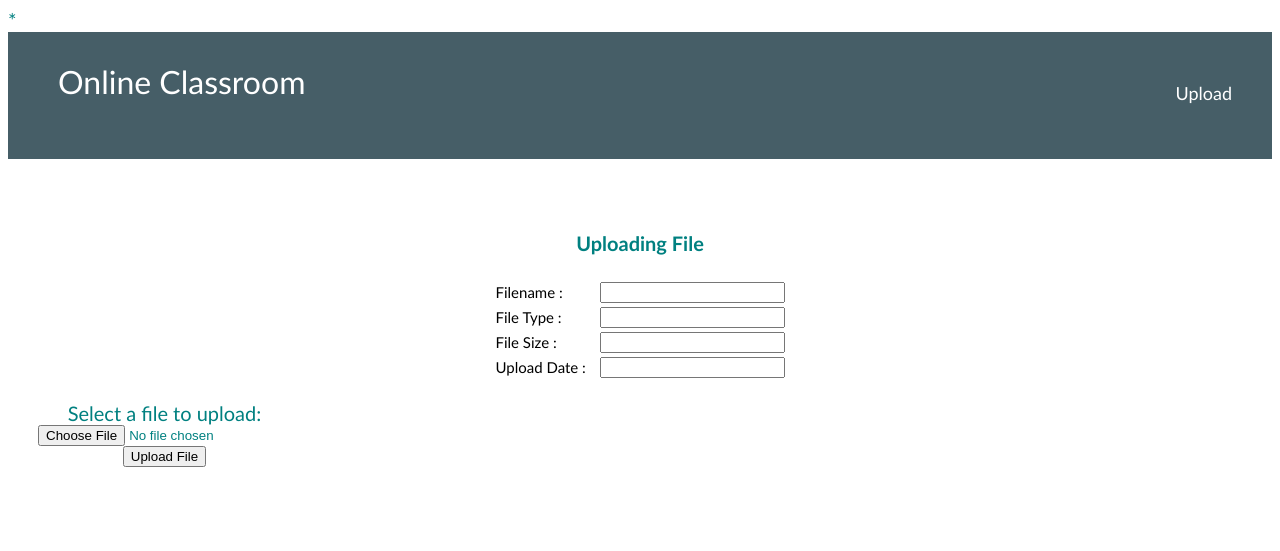
Repository: cs192-s2-2013/coffee
Page: http://localhost/BCOnlineClassroom/WEB-INF/jsp/upload.jsp
An editor plug-in stored every save of this project. The page is shown before and after the next save, followed by the edit.
The browser window is 1280 px wide. The pictures show the whole page.
The page is served by Tomcat 9. Nobody is signed in. The template is opened directly, without the code that normally fills it, so the values that code supplies are empty.

Above is the page before, as saved 2014-03-01 03:58:06.

After the next save:
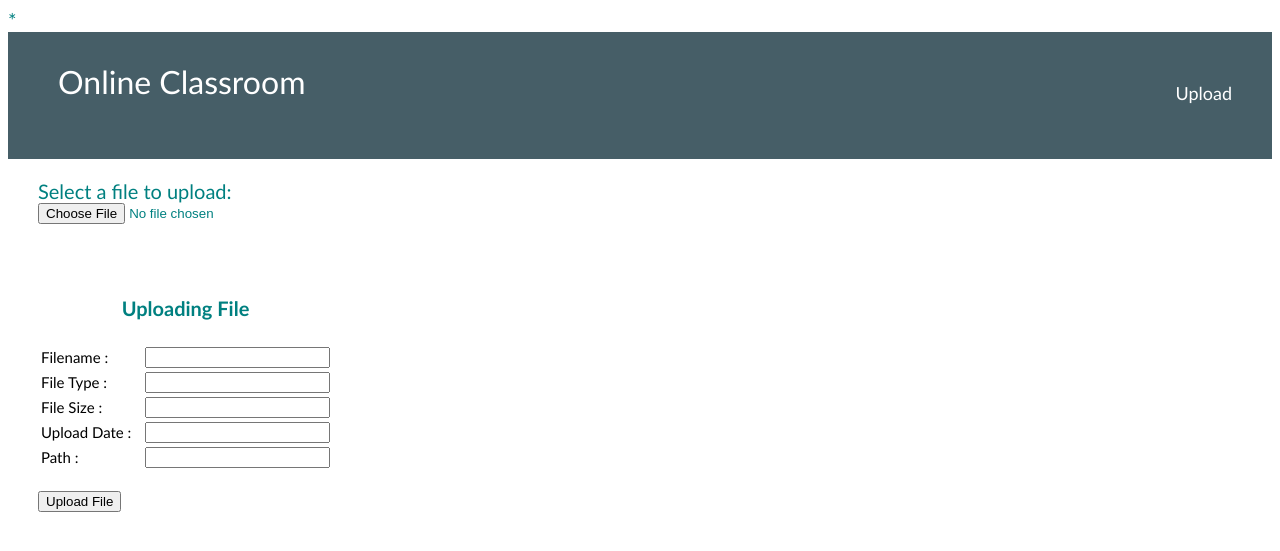
Saved 5 min 32 s later.
--- a/BCOnlineClassroom/WebContent/WEB-INF/jsp/upload.jsp
+++ b/BCOnlineClassroom/WebContent/WEB-INF/jsp/upload.jsp
@@ -45,6 +45,14 @@ td {
 <font color="white"; size ="4px">Upload</font>
 </div>
 </div>
+<div style="margin-top:20px; margin-left:30px; float:left;">
+Select a file to upload: <br />
+<form action="fileUploaded" method="post" modelAttribute="matFile"
+                        enctype="multipart/form-data">
+<input type="file" name="file" size="50" />
+<br />
+
+
 
 
 <!--  Edit starts here -->
@@ -52,7 +60,7 @@ td {
 		<br /> <br /> <br /> <b>Uploading File </b> <br />
 		<br />
 		<div>
-			<form:form action="fileUploaded" method="post" modelAttribute="matFile">
+			<form:form>
 				<table>
 					<tr>
 						<td>Filename :</td>
@@ -70,19 +78,21 @@ td {
 						<td>Upload Date :</td>
 						<td><form:input path="uploadDate" /></td>
 					</tr>
+					<tr>
+						<td>Path :</td>
+						<td><form:input path="path" /></td>
+					</tr>
 				</table>
-
-				<div style="margin-top:20px; margin-left:30px; float:left;">
-				Select a file to upload: <br />
-				<input type="file" name="file" size="50" />
-				<br />
-				<input type="submit" value="Upload File" />
-				</div>
-
 			</form:form>
 		</div>
 	</center>
 <!-- Edit ends here -->
 
+<input type="submit" value="Upload File" />
+</form>
+</div>
+
+
+
 </body>
 </html>
